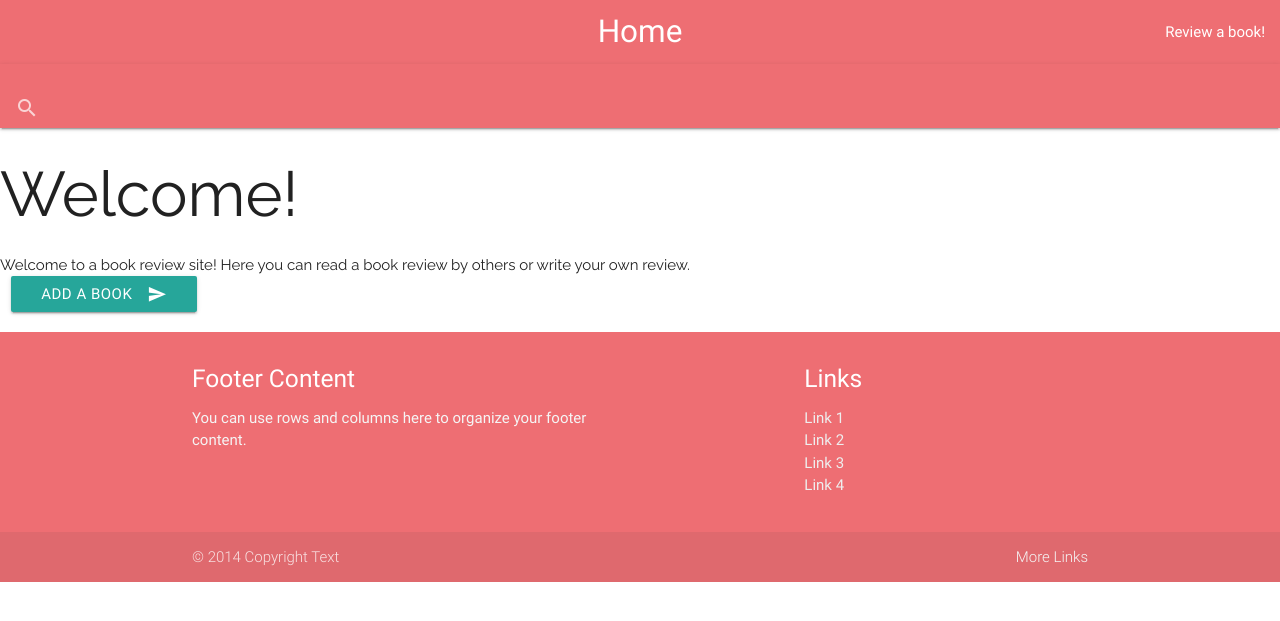
Repository: h8130084/bookReview
Page: http://localhost/
The author's editor kept a record of every edit. The page is drawn from the files as they stood at one moment, then again after the next edit.
The browser window is 1280 px wide. The pictures show the whole page.
Some web libraries are served in a nearby version. The page is served by the project's application, run on Flask 3 (app.py). Queries for data that is not in the repository find no rows.

Above is the page before.
Console error: ReferenceError: M is not defined

After the next edit:
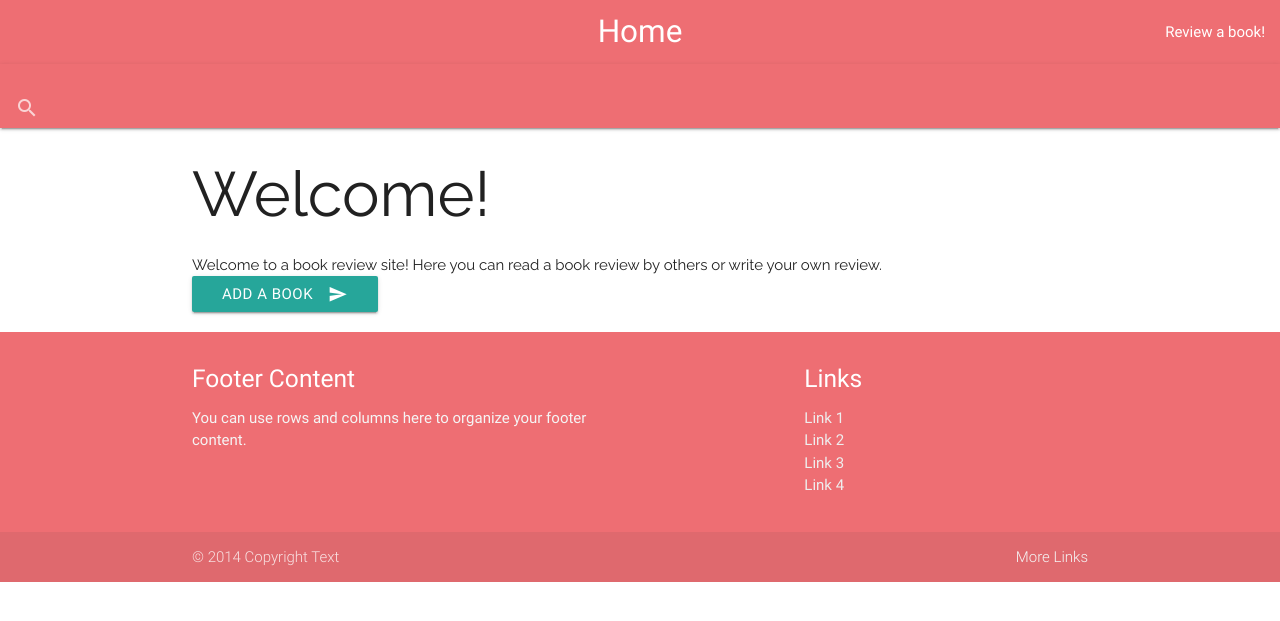
The edit:
--- a/templates/books.html
+++ b/templates/books.html
@@ -1,6 +1,6 @@
 {% extends 'base.html' %} {% block content %}
 
-<div class="wrapper">
+<div class="container">
     <h1> Welcome!</h1>
     <div class="sub-heading" "row"> Welcome to a book review site! Here you can read a book review by others or write your own review.</div>
 
